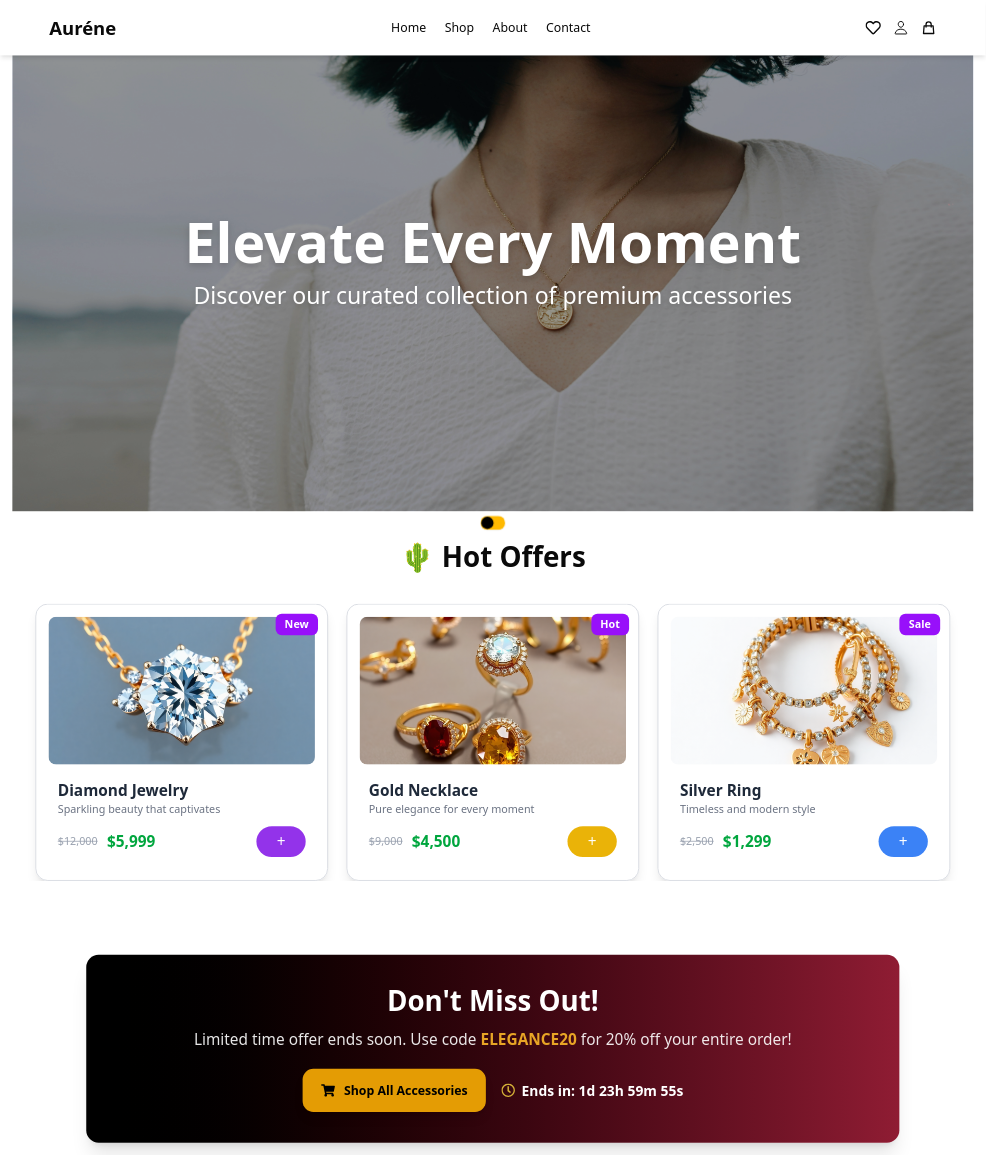
Repository: oehab30/Aur-ne-e-commerce-
Page: /
An editor plug-in stored every save of this project. The page is shown before and after a run of saves, followed by the edit.
The browser window is 1280 px wide. The pictures show the whole page, at 77% of full size.
The project was rebuilt for these pictures with package versions that can differ from the ones it lists, and the page was loaded fresh each time. Also part of the build but not shown: src/components/common/Tap.tsx, src/pages/Shop.tsx, src/pages/cart.tsx, src/pages/Profile.tsx, src/pages/About.tsx, src/pages/Contact.tsx, src/pages/Error.tsx, src/pages/Wishlist.tsx and 1 more. Imported but missing from the stored project, and not drawn on this page: src/components/ui/breadcrumb.tsx.

Above is the page before, as saved 2025-11-24 20:32:28.

After the next 4 saves:
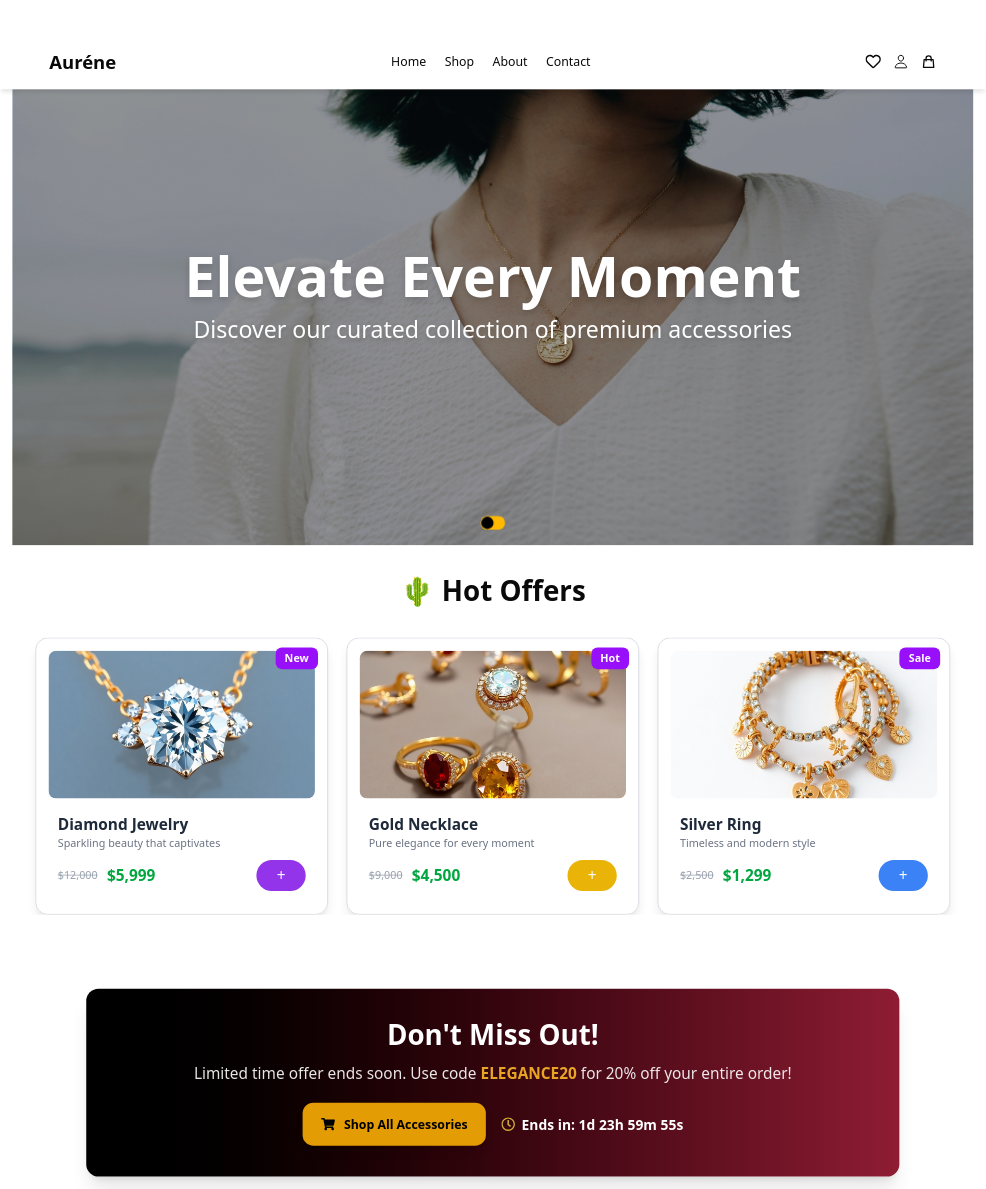
The 4 saves are shown as one change because they came seconds apart.
The last was saved 19 s later.
--- a/src/components/common/layout.tsx
+++ b/src/components/common/layout.tsx
@@ -8,6 +8,7 @@
   return (
     <>
       <Navbar className="mb-11" />
+      <div className="mb-11" />
       <main className="min-h-screen p-4">
 <Darkmode/>
         <Outlet />        {/* 👈 Page content changes here */}

After the save that followed:
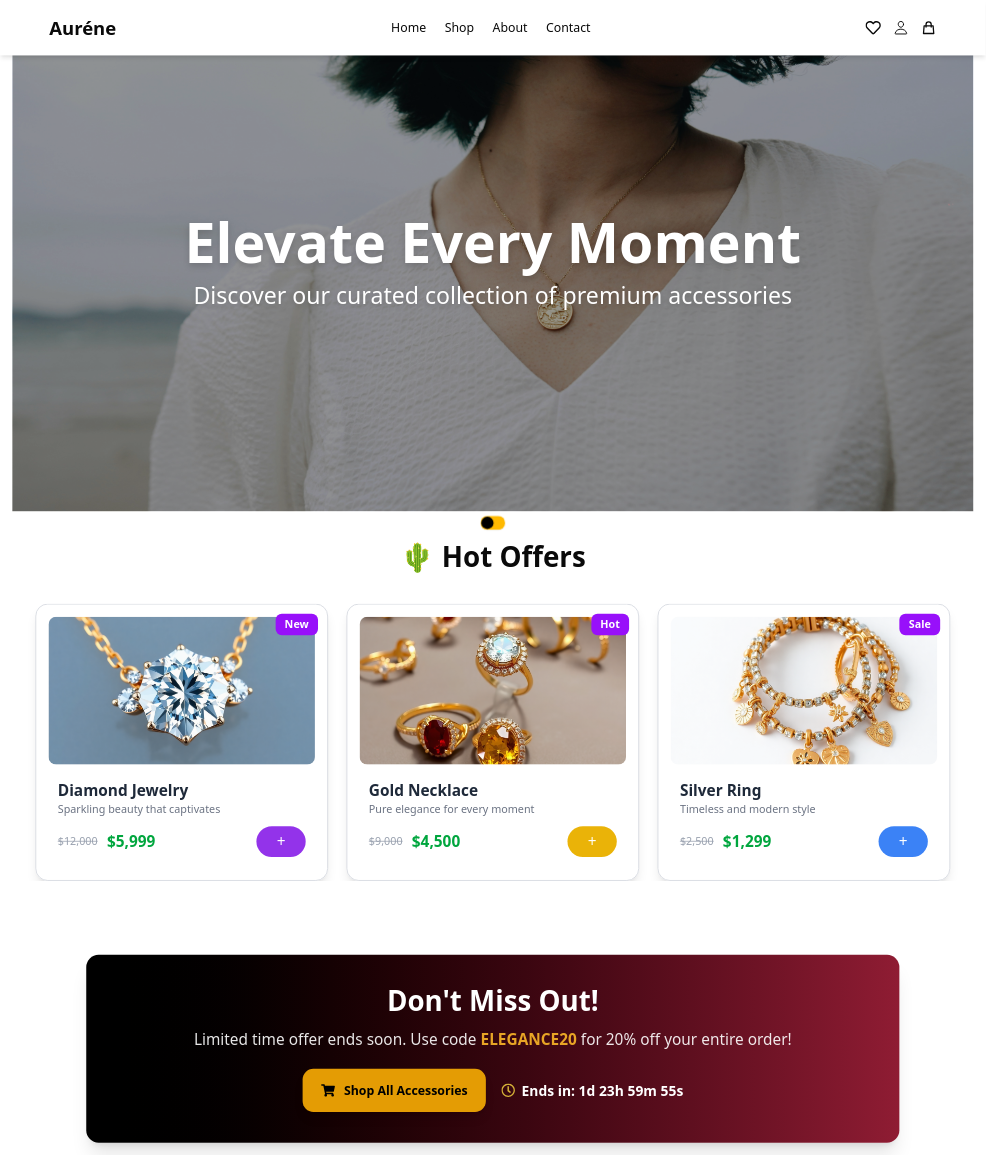
Saved 13 s later.
--- a/src/components/common/layout.tsx
+++ b/src/components/common/layout.tsx
@@ -8,7 +8,6 @@
   return (
     <>
       <Navbar className="mb-11" />
-      <div className="mb-11" />
       <main className="min-h-screen p-4">
 <Darkmode/>
         <Outlet />        {/* 👈 Page content changes here */}
